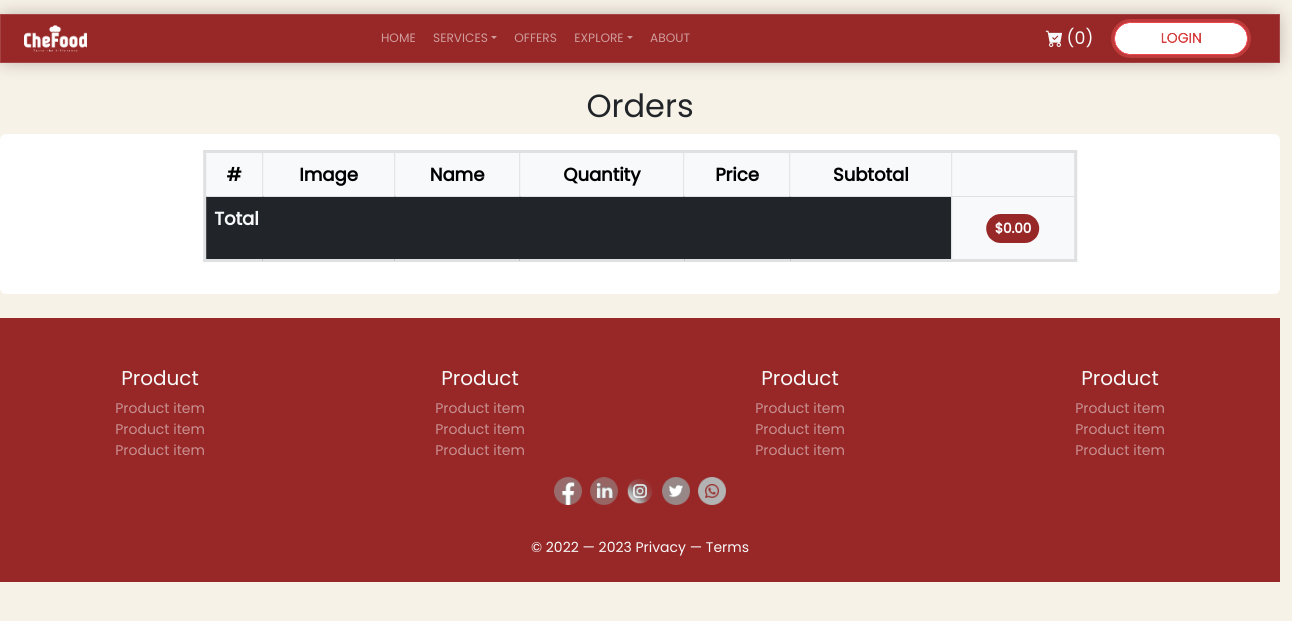
Repository: qamchamine/chefood
Page: /cart (app in front-end/)
The author's editor kept a copy of each file at every save. The page is drawn from the files as they stood at one save, then again after a run of saves.
The browser window is 1280 px wide. The page is 1292 px wide, so the pictures cover 1292 px, including what lies to the right of the window. The pictures show the whole page.
The project was rebuilt for these pictures with package versions that can differ from the ones it lists, and the page was loaded fresh each time. Some packages were replaced by stand-ins written for this rebuild. Also part of the build but not shown: front-end/src/css/products.css, front-end/src/components/small_components/ProductCard.jsx, front-end/src/components/small_components/AddProduct.jsx, front-end/src/components/pages/sub-pages/Products.jsx, front-end/src/components/small_components/ButtonMain.jsx, front-end/src/components/small_components/HomeCard.jsx, front-end/src/components/small_components/HomeCardFullSection.jsx, front-end/src/components/pages/Home.jsx and 34 more. Imported but missing from the stored project, and not drawn on this page: front-end/src/sounds/applause.mp3, front-end/src/sounds/wheel.mp3.

Above is the page before, as saved 2023-06-25 20:17:31.

### front-end/public/index.html
<!DOCTYPE html>
<html lang="en">
  <head>
    <meta charset="utf-8" />
    <link rel="icon" href="%PUBLIC_URL%/favicon.ico" />
    <meta name="viewport" content="width=device-width, initial-scale=1" />
    <meta name="theme-color" content="#000000" />
    <meta
      name="description"
      content="Web site created using create-react-app"
    />
    <link
    rel="stylesheet"
    href="https://fonts.googleapis.com/css?family=Roboto:400,700"
  />
  <link rel="stylesheet" href="https://cdn.jsdelivr.net/npm/bootstrap-icons@1.10.5/font/bootstrap-icons.css">

    <link rel="apple-touch-icon" href="%PUBLIC_URL%/logo192.png" />
    <link rel="manifest" href="%PUBLIC_URL%/manifest.json" />

    <link rel="stylesheet" href="https://fonts.googleapis.com/icon?family=Material+Icons">

    <link rel="stylesheet" href="https://maxcdn.bootstrapcdn.com/font-awesome/4.7.0/css/font-awesome.min.css">
    <script src="https://code.jquery.com/jquery-3.5.1.min.js"></script>
    <script src="https://cdn.jsdelivr.net/npm/popper.js@1.16.0/dist/umd/popper.min.js"></script>




    <title>React App</title>
  </head>
  <body>

    <div id="root"></div>
<!--     <script src="jquery/jquery-3.6.0.js"></script>  -->
    <script src="https://unpkg.com/sweetalert/dist/sweetalert.min.js"></script>

  </body>
</html>

### front-end/src/config/ShoppingContext.jsx

  import React, { createContext, useState, useEffect } from 'react';
  import Swal from 'sweetalert2'
  import axios from 'axios';

   const ShoppingContext = createContext();

const ShoppingProvider = ({ children }) => {
/*     const [orders,setOrders] = useState([])
     */

/*       function removeFromCart(item){
        setCartItems(cartItems.filter(product => product.id !== item.id));
        Swal.fire({
          position: 'top-end',
          icon: 'success',
          title: 'Your item has been removed',
          showConfirmButton: false,
          timer: 1500
        });
      } */

      return (
    <ShoppingContext.Provider value={
        { /* orders,setOrders */
          /* products,  cartItems, removeFromCart */
        }
      }>      {children}
    </ShoppingContext.Provider>
  );
};
export { ShoppingContext, ShoppingProvider }

### front-end/src/components/Footer.jsx
import React, { useEffect } from 'react'

import Facebook from '../images/icons/facebook.png'
import Linkedin from '../images/icons/linkedin.png'
import Instagram from '../images/icons/instagram.png'
import Twitter from '../images/icons/twitter.png'
import Whatsapp from '../images/icons/whatsapp.png'
import './../css/nav-footer.css';
export default function Footer() {

    return (
        <div className='footer container-fluid' style={{ background: '#982727' }}>
            <footer className=' py-2 pt-5 d-grid text-light'>
                <div className='row justify-content-around text-center '>
                    <div className='d-grid col-6 col-sm-12 col-md-6 col-lg-4 col-xl-3'>
                        <h5>Product</h5>
                        <a className='text-decoration-none text-light opacity-50' href="">Product item</a>
                        <a className='text-decoration-none text-light opacity-50' href="">Product item</a>
                        <a className='text-decoration-none text-light opacity-50' href="">Product item</a>
                    </div>
                    <div className='d-grid col-6 col-sm-12 col-md-6 col-lg-4 col-xl-3'>
                        <h5>Product</h5>
                        <a className='text-decoration-none text-light opacity-50' href="">Product item</a>
                        <a className='text-decoration-none text-light opacity-50' href="">Product item</a>
                        <a className='text-decoration-none text-light opacity-50' href="">Product item</a>
                    </div>
                    <div className='d-grid col-6 col-sm-12 col-md-6 col-lg-4 col-xl-3'>
                        <h5>Product</h5>
                        <a className='text-decoration-none text-light opacity-50' href="">Product item</a>
                        <a className='text-decoration-none text-light opacity-50' href="">Product item</a>
                        <a className='text-decoration-none text-light opacity-50' href="">Product item</a>
                    </div>
                    <div className='d-grid col-6 col-sm-12 col-md-6 col-lg-4 col-xl-3'>
                        <h5>Product</h5>
                        <a className='text-decoration-none text-light opacity-50' href="">Product item</a>
                        <a className='text-decoration-none text-light opacity-50' href="">Product item</a>
                        <a className='text-decoration-none text-light opacity-50' href="">Product item</a>
                    </div>
                </div>
                <div className='footer-icons row justify-content-center py-3 '>
                    <div className='d-flex gap-2 justify-content-center'>
                        <a href=""> <img src={Facebook} className='footer-icon' alt="" /> </a>
                        <a href=""> <img src={Linkedin} className='footer-icon' alt="" /> </a>
                        <a href=""> <img src={Instagram} className='footer-icon' alt="" /> </a>
                        <a href=""> <img src={Twitter} className='footer-icon' alt="" /> </a>
                        <a href=""> <img src={Whatsapp} className='footer-icon' alt="" /> </a>

                    </div>
                </div>
                <div className='row justify-content-center py-3'>
                    © 2022 — 2023 Privacy — Terms
                </div>
            </footer>
        </div>

    )
}

### front-end/src/components/small_components/shopping/Cart.jsx
import React,{useContext ,useEffect, useState} from 'react';
import axios from 'axios';
import '../../../css/cart.css'
import { ShoppingContext } from '../../../config/ShoppingContext';
import { LoginContext } from '../../../config/LoginContext';
import { getProd } from '../../pages/sub-pages/Products';
export default function Cart() {
    const {orders, setOrders} = useContext(LoginContext);
    const {prod, setProd} = useContext(LoginContext);
    const {userData, setUserData} = useContext(LoginContext);
    const {isLoggedIn} = useContext(LoginContext);
    const {loading, setLoading} = useContext(LoginContext);
    const [userOrders, setUserOrders] = useState([]);

/* useEffect(() => {
  setUserOrders(orders.filter(el=>el.user_id === 1))

  console.log(userOrders);
},[]); */

    return (
        <div className="row my-4 cart-page ">
            <h2 className='text-center'>Orders</h2>
            <div className="col-md-12">
                <div className="card">
                    <div className="card-body">
                        <table className="table table-light ajouterPanierTable table-bordered">
                            <thead >
                                <tr>
                                    <th >#</th>
                                    <th >Image</th>
                                    <th >Name</th>
                                    <th >Quantity</th>
                                    <th >Price</th>
                                    <th>Subtotal</th>
                                    <th ></th>
                                </tr>
                            </thead>
                            <tbody>
                            { isLoggedIn?orders.map((item,i) => (
                                    <tr key={item.id}>

                                        <th scope="row">{i+1}</th>
                                        <td>
                {/*                             <img src={require(`../../../images/products/${prod.find(el=>el.id==item.product_id).category} (${prod.find((el,i)=>el.id===item.product_id).img}).png`)} alt={item.product_name}
                                                className="img-fluid rounded"
                                                width={60} height={60} /> */}
                                        </td>
                                        <td>{item.product_name}</td>
                                        <td>

                                            <b className="mx-2">
                                                {item.product_quantity}
                                            </b>

                                        </td>
                                        <td>{prod.find((el,i)=>el.id===item.product_id).price} <b>MAD</b> </td>
                                       <td>{(item.product_quantity * prod.find((el,i)=>el.id===item.product_id).price).toFixed(2)} MAD</td>
                                        <td>
                                            <i
                                                className="bi bi-cart-x text-danger"
                                                style={{cursor: 'pointer'}}
                                          /*       onClick={() => removeFromCart(item)} */
                                            ></i>
                                        </td>
                                    </tr>
                                )): ''
                            }
                            <tr>
                                <th colSpan={6} className="text-start bg-dark text-light">
                                    Total
                                </th>
                                <th colSpan={1} className=" b py-3">
                                    <span style={{background:'#982727'}} className="badge text-center p-2 rounded-pill ">
                                        $
                                        {
                                            orders.reduce((acc,item) => acc += item.product_quantity * prod.find((el,i)=>el.id===item.product_id).price,0).toFixed(2)
                                        }
                                    </span>
                                </th>
                            </tr>
                            </tbody>
                        </table>
                    </div>
                </div>
            </div>
        </div>
    )
}

### front-end/src/css/home.css
.homeBG {
    height: fit-content;
    position: relative;
    right: -10%;
    top: 34%;
    z-index: -1;
    width: 100em !important;


}
@font-face {
    font-family: 'poppin';
    src: url('../fonts/Poppins/Poppins-Regular.ttf') ;
    font-weight: normal;
    font-style: normal;
  }
body {
    font-family:'poppin', sans-serif !important;
    background-color: #F7F2E7 !important;
    max-width: 100vw;
    font-weight: normal !important;
    overflow-x: hidden;
    font-size: 14px !important;
}

body::-webkit-scrollbar {
    width: 0;
}

.nb {
/*     position: fixed; */
/*     top: 1em; */
    background-color: #982727 !important;
    box-shadow: 0 0px 20px #1f020241;
    border: 1px solid #ffffff22;
}

.navbar {
    background-color: #982727 !important;
}

.changeColor {
    background-color: blue !important;
}

.signUP {
    background: white !important;
    color: #982727 !important;
    font-weight: bold !important;
    outline: 5px solid #982727ab;
    outline-offset: -2px;
    transition: 500ms ease;


}

.homeContent {
    height: 90vh;
    z-index: 0;
    margin-top: -1.5em !important;
}

.homeContent h1 {
    color: #F7F2E7;
    text-align: start;
width: 40vw !important;
}

.homeContent h1 span {
    position: relative;
    display: inline-block;
    margin-bottom: 10px;
    padding: 4px 20px 8px;
    transition: 1s ease;
}

.homeContent h1 span::before {
    content: '';
    position: absolute;
    background: #982727;
    left: 0;
    top: 0;
    z-index: -1;
    width: 100%;
    height: 100%;
    transform: skew(-10deg);
}

.homeContent h1 span:last-child::before {
    transform: skew(10deg);
}

.homeContent p {
    width: 72%;
    color: #982727;
    text-align: left;
}

.homeContent .homeMainButtons {
    width: 72%;
}

.cardBtn {
    transition: 1s ease;
}

.cardBtn:hover {
    filter: brightness(130%);

}

.cardBtn i {
    left: 63%;
    transition: 300ms ease;
}

.cardBtn:hover i {
    left: 75%;
}

.btnMain:hover {
    filter: brightness(130%);
}

.card-img-top {
    object-fit: cover;
}

.signUP:hover {

    background: #982727 !important;
    color: white !important;
    font-weight: bold !important;
    outline: 5px solid #ffffff55;
    outline-offset: -4px;
}

.cardsGroup:not(:first-child) {
    translate: 50% 0;
}

.arrow-1-1 {
    position: absolute;
    top: 50%;
    left: 0;
}

.home .carousel-control-prev-icon,
.home .carousel-control-next-icon {

    width: 1.3em;
    height: 1.3em;
    color:black !important;

    outline: 12px solid #982929;
    outline-offset: -1px;
    background-color: #982929;
    background-size: 100%, 100%;
    border-radius: 50%;
    box-shadow: 0 0 10px black;
}

.home .carousel-control-prev,
.home .carousel-control-next {
    z-index: 10;
    width: 4em !important;
/*     background: red; */

}

/* .py-4 {
    padding-top: 0rem !important;
    padding-bottom: 0rem !important;
} */

.nb{
    zoom:87%;
}

### front-end/src/css/cart.css
.ajouterPanierTable td{
    font-size: .9em;
    width: fit-content !important;
    text-align: center;
}
.ajouterPanierTable th{
    width: fit-content !important;
    text-align: center;
}
.ajouterPanierTable {
width: 70% !important;
position: relative;
left: 50%;
translate: -50% 0;
border: .2em solid black;
}
.cart-page .card {
    box-shadow:none;
}

### front-end/src/css/Reviews.css
.Reviews-color
{
  color : #982727;
  text-transform: uppercase;
  letter-spacing: 0.5em;
}
.Reviews-paragraph
{
  font-size: 0.8em;
}
.parent-card{
    margin-top:50px !important;
}
.card
{
    border: none !important;
    box-shadow: 0 4px 8px 0 rgba(0, 0, 0, 0.2), 0 6px 20px 0 rgba(0, 0, 0, 0.19);
}
.user-name
{
    color : #000D7E;
}
.description
{
    color: #982727;
    font-size: 0.75em;
}
.comment{
    margin:5px;
    font-size:0.55em;
}
.reviewCardImage{
    margin-top:16px;
}
.reviewCard:hover .reviewCardImage{
    scale:1.2;
    margin-inline:.3em;
}
.reviewCard:hover .reviewCardImage{
    transition:300ms ease;
}
.reviewCard:hover .hoverstar{
    scale:1.2;
    margin-inline:.3em;
}
.reviewCard .hoverstar{
    transition:300ms ease;
}
.reviewCardImage{
    width:40%;
    transition:300ms ease;
}

.reviewCard strong{
    left:50%;
    translate:-50% 0;
    width:100%;
    bottom:.9em;
}

.the-bottom-page{
    margin-top:25px;
    position: absolute;
    left: auto;
    right: 0;
}

@media (max-width: 1200px) { /* Extra large devices (large desktops, 1200px and up) */
    .card {
      width: 100%;
    }
    .col-4 {
      width: 33.33333333%;
    }
    strong img{
        width: 19px;
    }
  }
  @media (max-width: 1118px) { /* Large devices (desktops, 992px and up) */
    .card {
      width: 100%;
    }
    .col-4 {
        width: 33.33333333%;
    }
    strong img{
        width: 16px;
    }
  }
  @media (max-width: 992px) { /* Medium devices (tablets, 768px and up) */
    .card {
        width: 140%;
    }
  }
  @media (max-width: 770px) { /* Medium devices (tablets, 768px and up) */
    .card {
        width: 95%;
    }
    .col-4 {
        width: 25% !important;
    }
    .parent-card
    {
        --bs-gutter-x: 0.5rem;
        display: grid !important;
        grid-template-columns: repeat(2, 1fr);
    }
    .col-4 {
        margin-top:10px !important;
        width: 60% !important;
    }
  }
  @media (max-width: 716px) { /* Small devices (landscape phones, 576px and up) */

    .card {
        width: 95%;
    }
        strong img{
        width: 16px;
    }
  }
  @media only screen and (max-width: 576px){ /* Small devices (landscape phones, 576px and up) */

    .card {
        width: 95%;
    }
    .col-md-2 {
        flex: 0 0 16.666667%;
        max-width: 16.666667%;
    }
    strong img{
        width: 16px;
    }
  }

  @media only screen and (max-width: 528px){ /* Small devices (landscape phones, 576px and up) */

    .card {
        width: 70%;
        margin-left:30px;
    }
    .parent-card
    {
        --bs-gutter-x: 0.5rem;
        display: grid !important;
        grid-template-columns: repeat(1, 1fr);
    }
    .col-md-2 {
        flex: 0 0 16.666667%;
        max-width: 16.666667%;
    }
    strong img{
        width: 16px;
    }
  }

  @media only screen and (max-width: 365px){ /* Small devices (landscape phones, 576px and up) */

    .card {
        width: 80%;
        margin-left:20px;
    }
    .parent-card
    {
        --bs-gutter-x: 0.5rem;
        display: grid !important;
        grid-template-columns: repeat(1, 1fr);
    }
    .col-md-2 {
        flex: 0 0 16.666667%;
        max-width: 16.666667%;
    }
    strong img{
        width: 16px;
    }
  }

### front-end/src/css/location.css
@import url('https://fonts.googleapis.com/css2?family=Roboto:wght@100&display=swap');

.location-color
{
  color : #982727;
  text-transform: uppercase;
  letter-spacing: 0.3em;
}
.where-restorant
{
    width: 459px;
    margin:auto;
}
.restorant-location-title{
    font-family: 'Century Gothic';
    font-size:32px;
    font-weight:400;
}
.restorant-location-line{
    background:#B12222;
    height: 3px;
    width: 450px;
    display: inline-block;
    margin: 15px auto;
}
.restorant-location-p
{
    color:#000000 75%;
    font-size: 15px;
    font-weight: 400;
    font-family: 'Roboto', sans-serif;
}
.main-location{
    display: grid !important;
    grid-template-columns: repeat(2, 1fr);
    flex-direction: column;
    justify-content: center;
    align-items: center;
    text-align:center;
}
.restorant-location-btn{
    background-color: #B12222;
    border: none;
    width: 300px;
    height: 40px;
    border-radius: 15px;
    color: #fff;
}
.restorant-location-btn:hover{
    background-color: #fff;
    border: 2px solid #B12222;
    border-radius: 15px;
    color: #B12222;
}
.location-icon{
    margin-right: 15px;
}


  @media (max-width: 1123px) { /* Extra large devices (large desktops, 1200px and up) */
    .earth-image img{
        width: 450px;
    }
  }
  @media (max-width: 992px) { /* Medium devices (tablets, 768px and up) */
    .earth-image img{
        width: 400px;
    }
    .where-restorant {
        width: 400px;
        margin: auto;
    }
    .restorant-location-line{
        width: 350px;
        display: inline-block;
    }
  }
  @media (max-width: 868px) { /* Medium devices (tablets, 768px and up) */

    .earth-image img{
        width: 380px;
    }
    .where-restorant {
        width: 380px;
        margin: auto;
    }
    .restorant-location-line{
        width: 320px;
        display: inline-block;
    }
    .restorant-location-p{
        font-size: 13px;
    }
    .restorant-location-title{
        font-size:28px;
    }

  }
  @media (max-width: 783px) { /* Small devices (landscape phones, 576px and up) */
    .earth-image img{
        margin-top: 30px;
        width: 380px;
    }
    .where-restorant {
        width: 380px;
        margin: auto;
    }
    .restorant-location-line{
        width: 320px;
        display: inline-block;
    }
    .restorant-location-p{
        font-size: 15px;
    }
    .restorant-location-title{
        font-size:32px;
    }
    .main-location{
        display: grid !important;
        grid-template-columns: repeat(1, 1fr);
        justify-items: center;
        text-align:center;
    }
  }
  @media(max-width: 401px){ /* Small devices (landscape phones, 576px and up) */
    .earth-image img{
        width: 330px;
        margin-top: 30px;
    }
    .where-restorant {
        width: 330px;
        margin: auto;
    }
    .restorant-location-line{
        width: 320px;
        display: inline-block;
    }
    .restorant-location-p{
        font-size: 13px;
    }
    .restorant-location-title{
        font-size:28px;
    }
    .main-location{
        display: grid !important;
        grid-template-columns: repeat(1, 1fr);
        justify-items: center;
        text-align:center;
    }
  }

### front-end/src/css/Timer.css

@import url(https://fonts.googleapis.com/css?family=Titillium+Web:400,200,200italic,300,300italic,900,700italic,700,600italic,600,400italic);

/* .timer {
  font-family: 'Titillium Web', cursive;
  width: 800px;
  margin: 0 auto;
  text-align: center;
  color: white;
  background: #222;
  font-weight: 100;
} */

.timer {
  display: inline-flex;
  line-height: 1;
  padding: 20px;
  font-size: 40px;
  font-family: 'Times New Roman', cursive;


}
.timerD{
    border-radius: 2px;
    padding: 5px;
    font-size: 10px;
    border: 70px rgb(131, 55, 55);
    box-shadow:2px 2px 4px rgba(0, 0, 0, 0.4), 4px 4px 8px rgba(0, 0, 0, 0.2);
}

.Stime {
  display: block;
  font-size: 20px;
  color: rgb(206, 178, 19);

}

#days {
  font-size: 80px;
  color: rgb(92, 25, 5);
  background-color:rgb(230, 230, 234);

  margin: 15px;
}
#hours {
  font-size: 80px;
  color: rgb(92, 25, 5);
  background-color:rgb(230, 230, 234);
  margin: 15px;
}
#minutes {
  font-size: 80px;

  color: rgb(92, 25, 5);
  background-color:rgb(230, 230, 234);
  margin: 15px;
}
#seconds {
  font-size: 80px;
  color: rgb(92, 25, 5);
  background-color:rgb(230, 230, 234);
  margin: 15px;
}

Loaded but not shown: front-end/src/index.css (common file); front-end/src/config/LoginContext.js (93 lines, source omitted); front-end/src/App.js (42 lines, source omitted); front-end/src/index.js (24 lines, source omitted); front-end/src/css/reservation.css (400 lines, source omitted); front-end/src/components/Navbar.jsx (179 lines, source omitted); front-end/src/css/nav-footer.css (258 lines, source omitted); front-end/src/css/contactus.css (178 lines, source omitted)

After the next 5 saves:
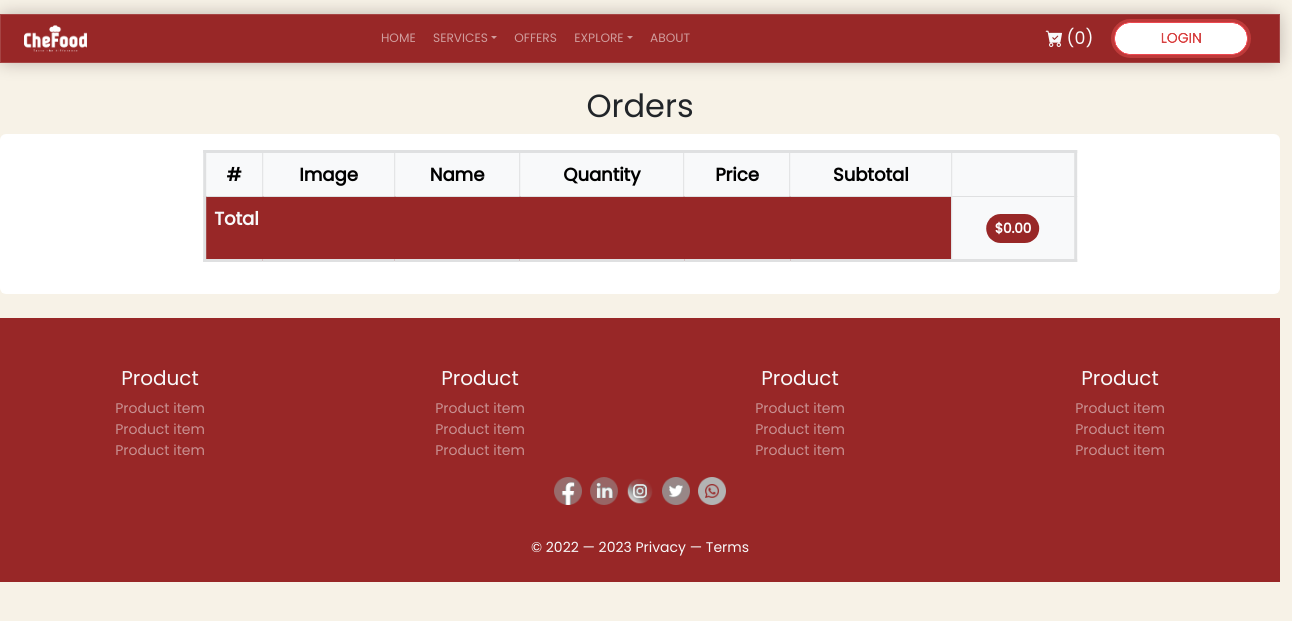
The 5 saves are shown as one change because 1 did not build or start and some came seconds apart.
The last was saved 45 s later.
--- a/front-end/src/components/small_components/shopping/Cart.jsx
+++ b/front-end/src/components/small_components/shopping/Cart.jsx
@@ -67,7 +67,7 @@ export default function Cart() {
                                 )): ''
                             }
                             <tr>
-                                <th colSpan={6} className="text-start bg-dark text-light">
+                                <th colSpan={6} className="text-start text-light" style={{background:'#982727'}}>
                                     Total
                                 </th>
                                 <th colSpan={1} className=" b py-3">
